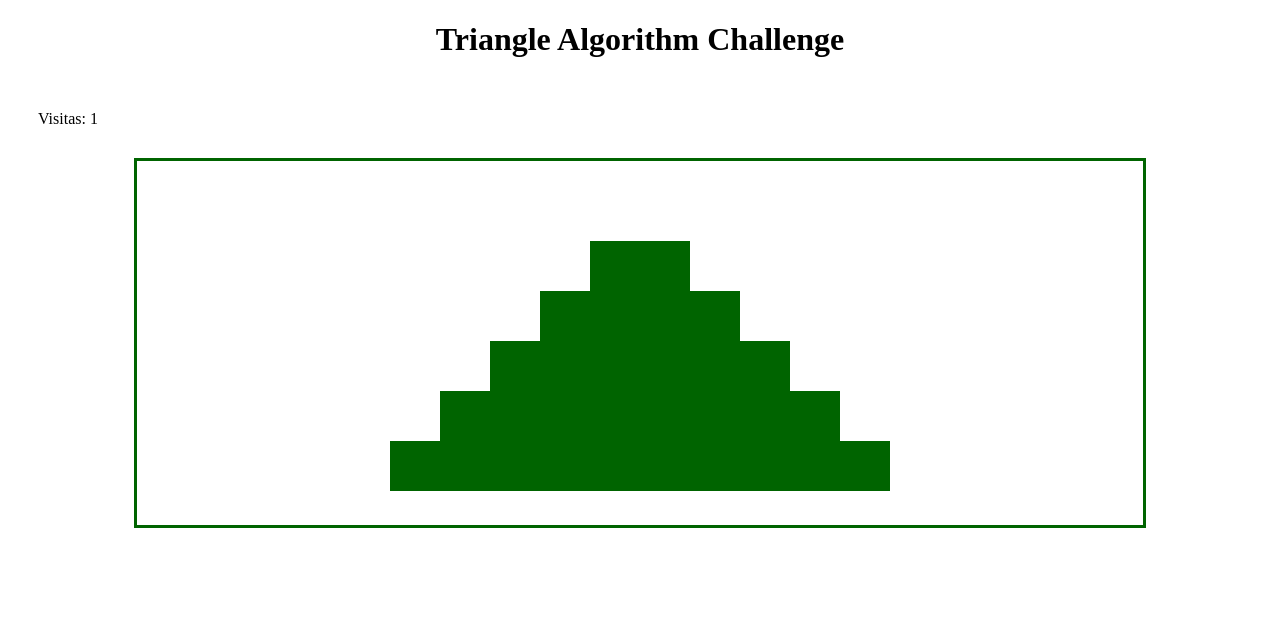
Repository: Hugobrr/trybe-exercises
Page: exercises/5_bloco/exercise-end-block5/index.html
An editor plug-in stored every save of this project. The page is shown before and after the next save, followed by the edit.
The browser window is 1280 px wide. The pictures show the whole page.

Above is the page before, as saved 2020-11-05 17:46:11.

### exercises/5_bloco/exercise-end-block5/index.html
<!DOCTYPE html>
<html lang="pt-br">
<head>
  <meta charset="UTF-8">
  <meta name="viewport" content="width=device-width, initial-scale=1.0">
  <title>Triangle</title>
  <link rel="stylesheet" type="text/css" href="style.css">
  <script type="text/javascript" src="script.js"></script>
</head>
<body>
  <header>
    <h1>Triangle Algorithm Challenge</h1>
  </header>
  <div class="visit">Visitas: <span id="count"></span></div>
  <div class="container center">
    <div class="triangle">
      <!-- Cada uma dessas divs representa uma das 5 linhas da piramide -->
      <div class="line"></div>
      <div class="line"></div>
      <div class="line"></div>
      <div class="line"></div>
      <div class="line"></div>
      <div class="line"></div>
    </div>
  </div>
</body>
</html>

### exercises/5_bloco/exercise-end-block5/style.css
h1 {
  text-align: center;
}

.container {
  border: 3px solid darkgreen;
  box-sizing: border-box;
  padding: 30px;
  width: 80%;
  text-align: center;
}

.center {
  margin-left: auto;
  margin-right: auto;
}

.triangle {
  display: inline-block;
}

.line {
  width: 500px;
  height: 50px;
}

.box {
  width: 50px;
  height: 50px;
  background-color: darkgreen;
  display: inline-block;
  background: darkgreen;
}

.box-empty {
  width: 50px;
  height: 50px;
  background-color: white;
  display: inline-block;
}

.visit {
  padding: 30px;
}

### exercises/5_bloco/exercise-end-block5/script.js
window.onload = function() {
  let basePyramid = 10;
  let numberOfLines = (basePyramid + 1) / 2; // 5
  let controlLeft = numberOfLines; // 5
  let controlRight = numberOfLines; // 5
  let lines = document.querySelectorAll(".line");

  updateVisit();

  fillTriangle(lines);

  // Atualiza a quantidade de visitar no site, utilizando o LocalStorage
  function updateVisit() {
    if (typeof (Storage) != "undefined") {
      if(localStorage.count !== undefined) {
        let count = parseInt(localStorage.count);
        count+=1;
        localStorage.count = count;
        document.getElementById("count").innerHTML = count;
      } else {
        localStorage.count = 1;
        document.getElementById("count").innerHTML = 1;
      }
    } else {
      document.write("Sem suporte para Web Storage");
    }
  }

  // Passa por todos as linhas (div com class line) e preenche o triangulo
  function fillTriangle(lines) {
    for(let index = 0; index < lines.length; index += 1) {
      fillLine(lines[index]);
      controlRight += 1;
      controlLeft -= 1;
    }
  }

  // Cria uma caixa com base nas diferentes classes
  function createBox(className) {
    let box = document.createElement("div");
    box.className = className;
    return box;
  }

  // Preenche uma linha
  function fillLine(divLine) {
    for (let lineColumn = 1; lineColumn <= basePyramid; lineColumn += 1) {
      if(lineColumn >= controlLeft && lineColumn <= controlRight) {
        let box = createBox("box");
        divLine.appendChild(box);
      } else {
        divLine.appendChild(createBox("box-empty"));
      }
    }
  }
}

After the next save:
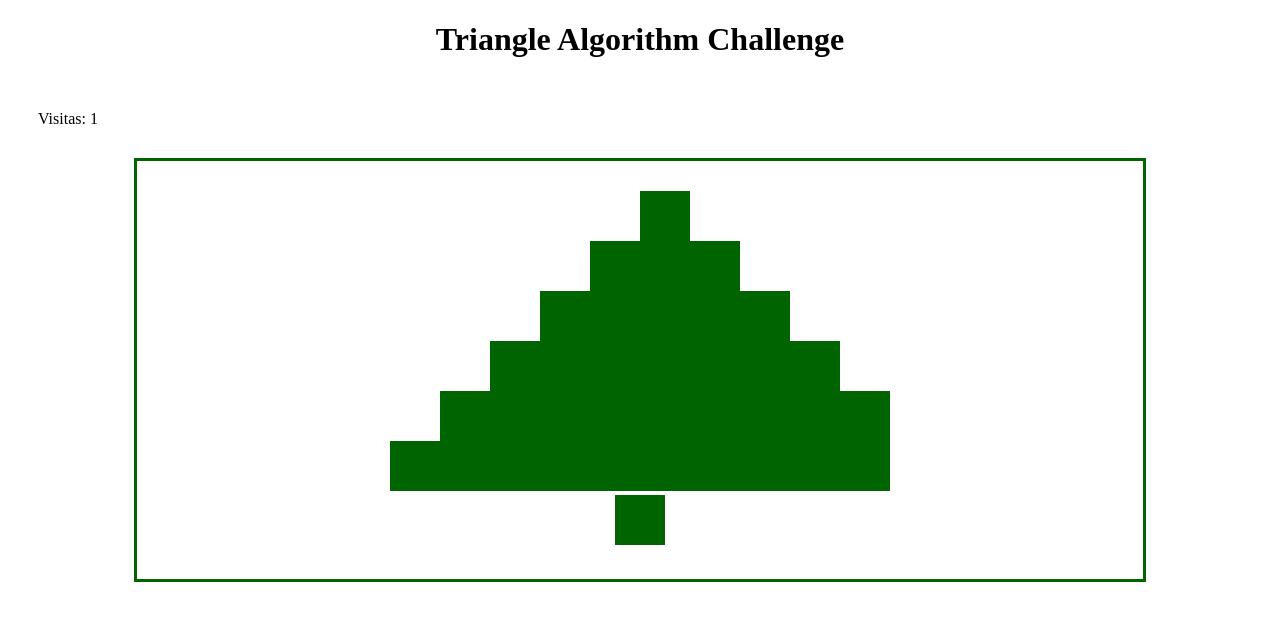
Saved 101 s later.
--- a/exercises/5_bloco/exercise-end-block5/script.js
+++ b/exercises/5_bloco/exercise-end-block5/script.js
@@ -1,5 +1,5 @@
 window.onload = function() {
-  let basePyramid = 10;
+  let basePyramid = 11;
   let numberOfLines = (basePyramid + 1) / 2; // 5
   let controlLeft = numberOfLines; // 5
   let controlRight = numberOfLines; // 5
